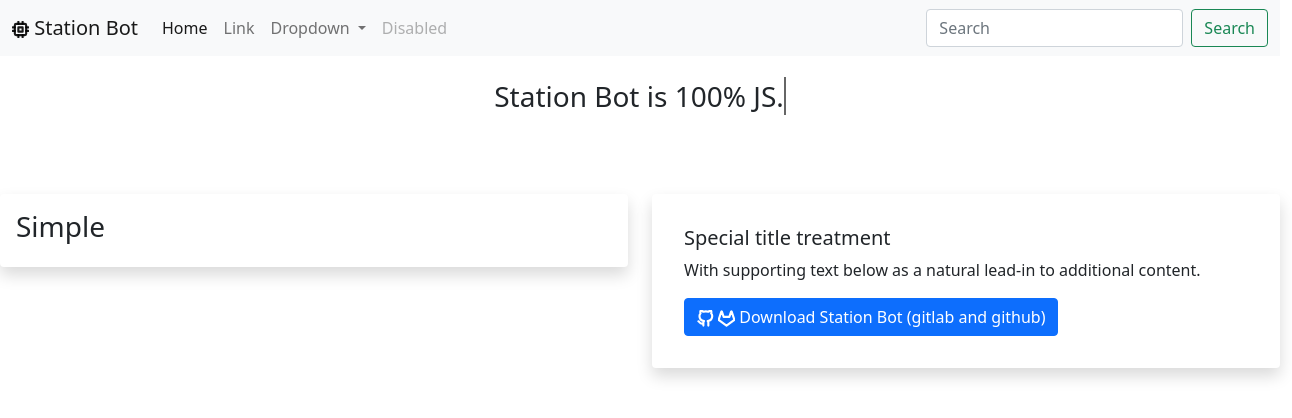
Repository: Valenplayer3000/StationBot-Web
Page: index.html
The author's editor kept a copy of each file at every save. The page is drawn from the files as they stood at one save, then again after the next save.
The browser window is 1280 px wide. The page is 1292 px wide, so the pictures cover 1292 px, including what lies to the right of the window. The pictures show the whole page.
Some web libraries are served in a nearby version.

Above is the page before, as saved 2021-11-02 08:57:27.

### index.html
<!DOCTYPE html>
<head>
    <!-- Required meta tags -->
    <meta charset="utf-8">
    <meta name="viewport" content="width=device-width, initial-scale=1">

    <!-- Bootstrap CSS and JS -->
    <script src="https://cdn.jsdelivr.net/npm/bootstrap@5.1.3/dist/js/bootstrap.bundle.min.js" integrity="sha384-ka7Sk0Gln4gmtz2MlQnikT1wXgYsOg+OMhuP+IlRH9sENBO0LRn5q+8nbTov4+1p" crossorigin="anonymous"></script>
    <link href="https://cdn.jsdelivr.net/npm/bootstrap@5.1.3/dist/css/bootstrap.min.css" rel="stylesheet" integrity="sha384-1BmE4kWBq78iYhFldvKuhfTAU6auU8tT94WrHftjDbrCEXSU1oBoqyl2QvZ6jIW3" crossorigin="anonymous">

    <!-- Font Awesome (Icons) -->
    <script src="https://kit.fontawesome.com/e5254c2b1e.js" crossorigin="anonymous"></script>

    <!-- Feather Icons -->
    <script src="https://unpkg.com/feather-icons"></script>
    <!-- Site's Titles -->
    <title>Station Bot</title>
</head>
<html lang="en">
  <nav class="navbar navbar-expand-lg navbar-light bg-light">
    <div class="container-fluid">
      <a class="navbar-brand" href="#"><i data-feather="cpu"></i> Station Bot</a>
      <button class="navbar-toggler" type="button" data-bs-toggle="collapse" data-bs-target="#navbarSupportedContent" aria-controls="navbarSupportedContent" aria-expanded="false" aria-label="Toggle navigation">
        <span class="navbar-toggler-icon"></span>
      </button>
      <div class="collapse navbar-collapse" id="navbarSupportedContent">
        <ul class="navbar-nav me-auto mb-2 mb-lg-0">
          <li class="nav-item">
            <a class="nav-link active" aria-current="page" href="#">Home</a>
          </li>
          <li class="nav-item">
            <a class="nav-link" href="#">Link</a>
          </li>
          <li class="nav-item dropdown">
            <a class="nav-link dropdown-toggle" href="#" id="navbarDropdown" role="button" data-bs-toggle="dropdown" aria-expanded="false">
              Dropdown
            </a>
            <ul class="dropdown-menu" aria-labelledby="navbarDropdown">
              <li><a class="dropdown-item" href="#">Action</a></li>
              <li><a class="dropdown-item" href="#">Another action</a></li>
              <li><hr class="dropdown-divider"></li>
              <li><a class="dropdown-item" href="#">Something else here</a></li>
            </ul>
          </li>
          <li class="nav-item">
            <a class="nav-link disabled">Disabled</a>
          </li>
        </ul>
        <form class="d-flex">
          <input class="form-control me-2" type="search" placeholder="Search" aria-label="Search">
          <button class="btn btn-outline-success" type="submit">Search</button>
        </form>
      </div>
    </div>
  </nav>
  <br>
  <h3 class="header">Station Bot is
    <span class="txt-rotate" data-period="2000"data-rotate='[ "easy to use.", "simple.", "100% JS.", "100% customizable."]'></span>
  </h3>
  <br>
  <br>
  <br>
    <div class="row">
        <div class="col-sm-6">
          <div class="shadow p-3 mb-5 bg-body rounded">
            <h3 class="card-title">Simple</h3>
          </div>
        </div>
        <div class="col-sm-6">
          <div class="shadow p-3 mb-5 bg-body rounded">
            <div class="card-body">
              <h5 class="card-title">Special title treatment</h5>
              <p class="card-text">With supporting text below as a natural lead-in to additional content.</p>
              <!-- Button trigger modal -->
                <button type="button" class="btn btn-primary" data-bs-toggle="modal" data-bs-target="#exampleModal">
                  <i data-feather="github"></i> <i data-feather="gitlab"></i>  Download Station Bot (gitlab and github)
                </button>

                <!-- Modal -->
                <div class="modal fade" id="exampleModal" tabindex="-1" aria-labelledby="exampleModalLabel" aria-hidden="true">
                  <div class="modal-dialog">
                    <div class="modal-content">
                      <div class="modal-header">
                        <h5 class="modal-title" id="exampleModalLabel">Modal title</h5>
                        <button type="button" class="btn-close" data-bs-dismiss="modal" aria-label="Close"></button>
                      </div>
                      <div class="modal-body">
                        ...
                      </div>
                      <div class="modal-footer">
                        <button type="button" class="btn btn-primary"><i data-feather="download"></i> Take me to Download!</button>
                        <button type="button" class="btn btn-secondary" data-bs-dismiss="modal">Close</button>
                      </div>
                    </div>
                  </div>
                </div>
            </div>
          </div>
        </div>
      </div>
      <br>
</html>
<style>
  .feather {
  width: 17px;
  height: 17px;
  stroke: currentColor;
  stroke-width: 3;
  stroke-linecap: round;
  stroke-linejoin: round;
  fill: none;
}
.header{
  text-align: center;
}
</style>
<script>
  feather.replace()
</script>
<script>
  var TxtRotate = function(el, toRotate, period) {
  this.toRotate = toRotate;
  this.el = el;
  this.loopNum = 1;
  this.period = parseInt(period, 10) || 1000;
  this.txt = '';
  this.tick();
  this.isDeleting = false;
};

TxtRotate.prototype.tick = function() {
  var i = this.loopNum % this.toRotate.length;
  var fullTxt = this.toRotate[i];

  if (this.isDeleting) {
    this.txt = fullTxt.substring(0, this.txt.length - 1);
  } else {
    this.txt = fullTxt.substring(0, this.txt.length + 1);
  }

  this.el.innerHTML = '<span class="wrap">'+this.txt+'</span>';

  var that = this;
  var delta = 200 - Math.random() * 100;

  if (this.isDeleting) { delta /= 2; }

  if (!this.isDeleting && this.txt === fullTxt) {
    delta = this.period;
    this.isDeleting = true;
  } else if (this.isDeleting && this.txt === '') {
    this.isDeleting = false;
    this.loopNum++;
    delta = 500;
  }

  setTimeout(function() {
    that.tick();
  }, delta);
};

window.onload = function() {
  var elements = document.getElementsByClassName('txt-rotate');
  for (var i=0; i<elements.length; i++) {
    var toRotate = elements[i].getAttribute('data-rotate');
    var period = elements[i].getAttribute('data-period');
    if (toRotate) {
      new TxtRotate(elements[i], JSON.parse(toRotate), period);
    }
  }
  // INJECT CSS
  var css = document.createElement("style");
  css.type = "text/css";
  css.innerHTML = ".txt-rotate > .wrap { border-right: 0.09em solid #666 }";
  document.body.appendChild(css);
};
</script>
<style>
@import url('https://fonts.googleapis.com/css2?family=Inter:wght@100;200;300;400;500;600;700;800;900&display=swap');
.tpyewirter {
text-align: center;
  font-family: 'Inter';
}
.button-center{
  display: flex;
  margin: auto;
}
</style>

After the next save:
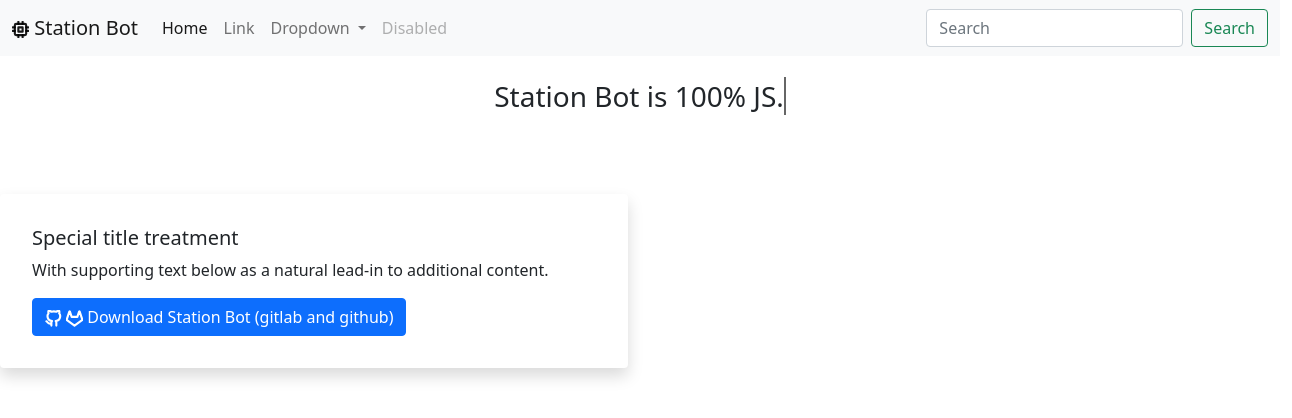
Saved 117 s later.
--- a/index.html
+++ b/index.html
@@ -61,11 +61,6 @@
   <br>
   <br>
     <div class="row">
-        <div class="col-sm-6">
-          <div class="shadow p-3 mb-5 bg-body rounded">
-            <h3 class="card-title">Simple</h3>
-          </div>
-        </div>
         <div class="col-sm-6">
           <div class="shadow p-3 mb-5 bg-body rounded">
             <div class="card-body">
